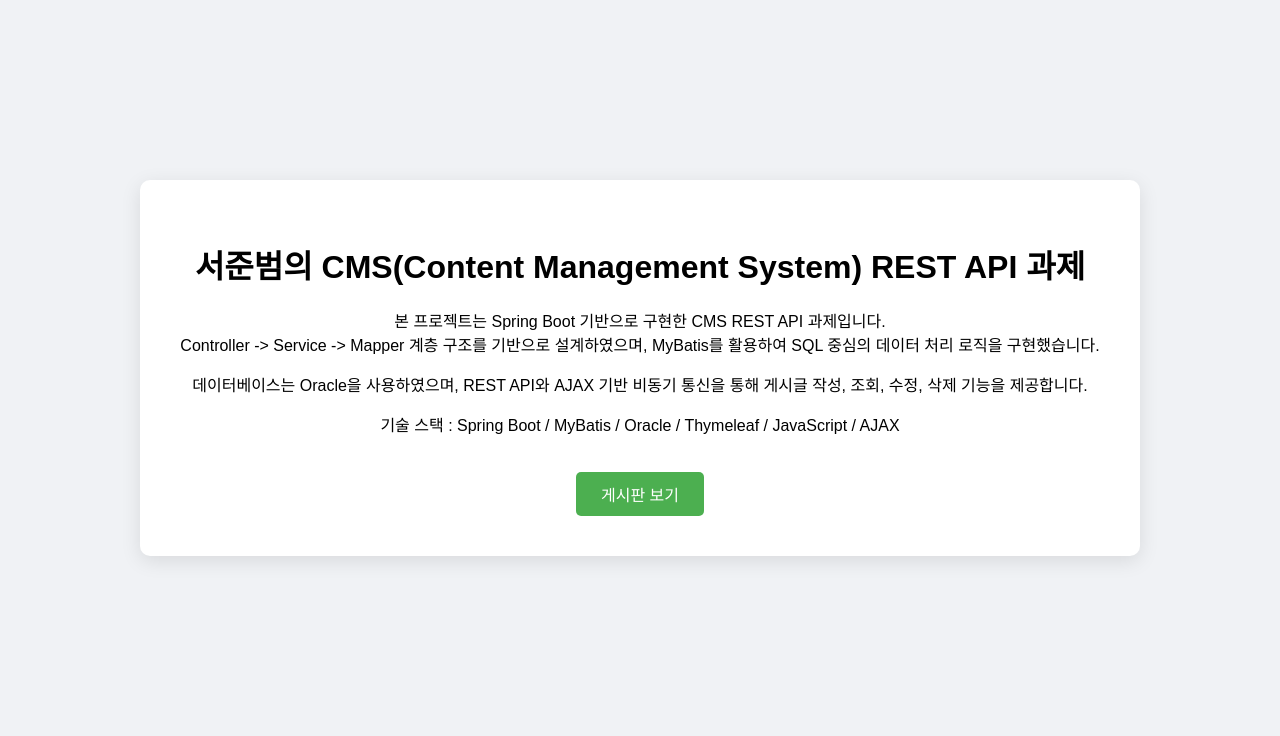
Repository: JunBeomSeo/CMS
Page: http://localhost/index
An editor plug-in stored every save of this project. The page is shown before and after the next save, followed by the edit.
The browser window is 1280 px wide. The pictures show the whole page.
The page is this project's Thymeleaf template; nobody is signed in. The template is opened directly, without the code that normally fills it, so the values that code supplies are empty.

Above is the page before, as saved 2026-03-27 16:36:33.

After the next save:
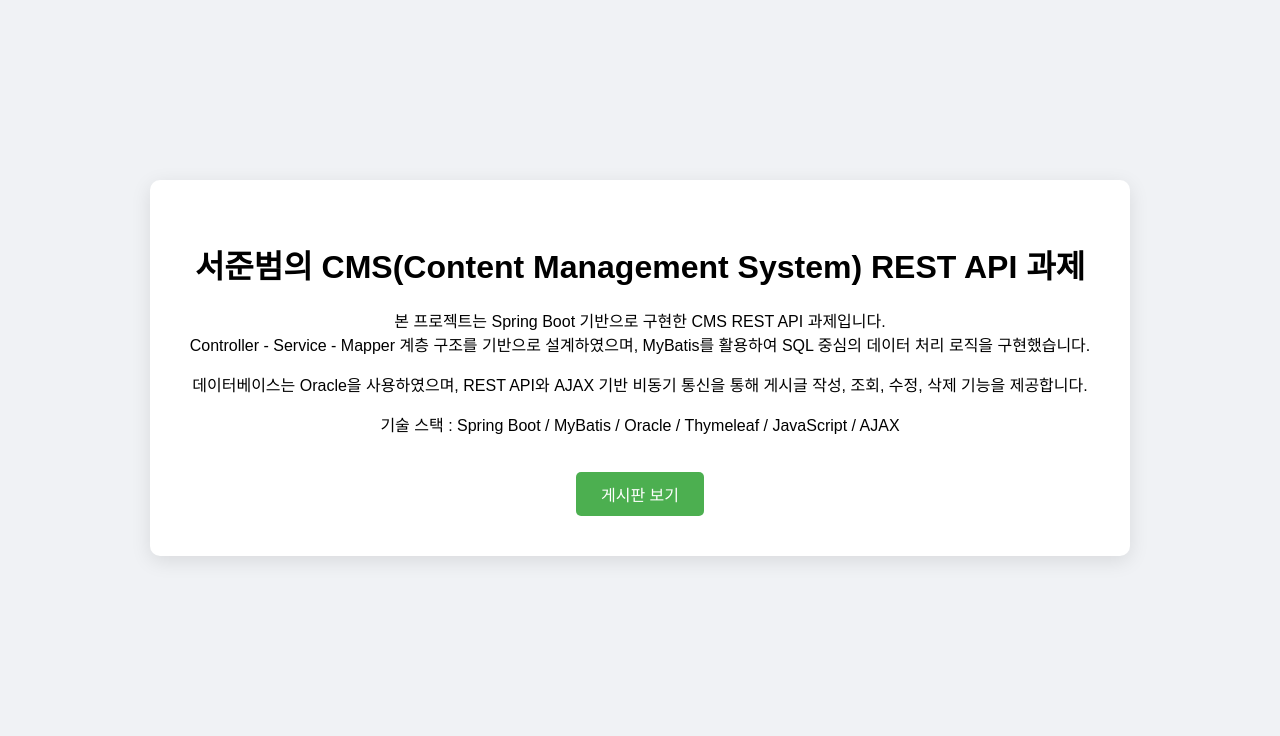
Saved 7 s later.
--- a/cms/src/main/resources/templates/index.html
+++ b/cms/src/main/resources/templates/index.html
@@ -12,7 +12,7 @@
 
 		<p>
 		본 프로젝트는 Spring Boot 기반으로 구현한 CMS REST API 과제입니다.<br>
-		Controller -> Service -> Mapper 계층 구조를 기반으로 설계하였으며,
+		Controller - Service - Mapper 계층 구조를 기반으로 설계하였으며,
 		MyBatis를 활용하여 SQL 중심의 데이터 처리 로직을 구현했습니다.
 		</p>
 
